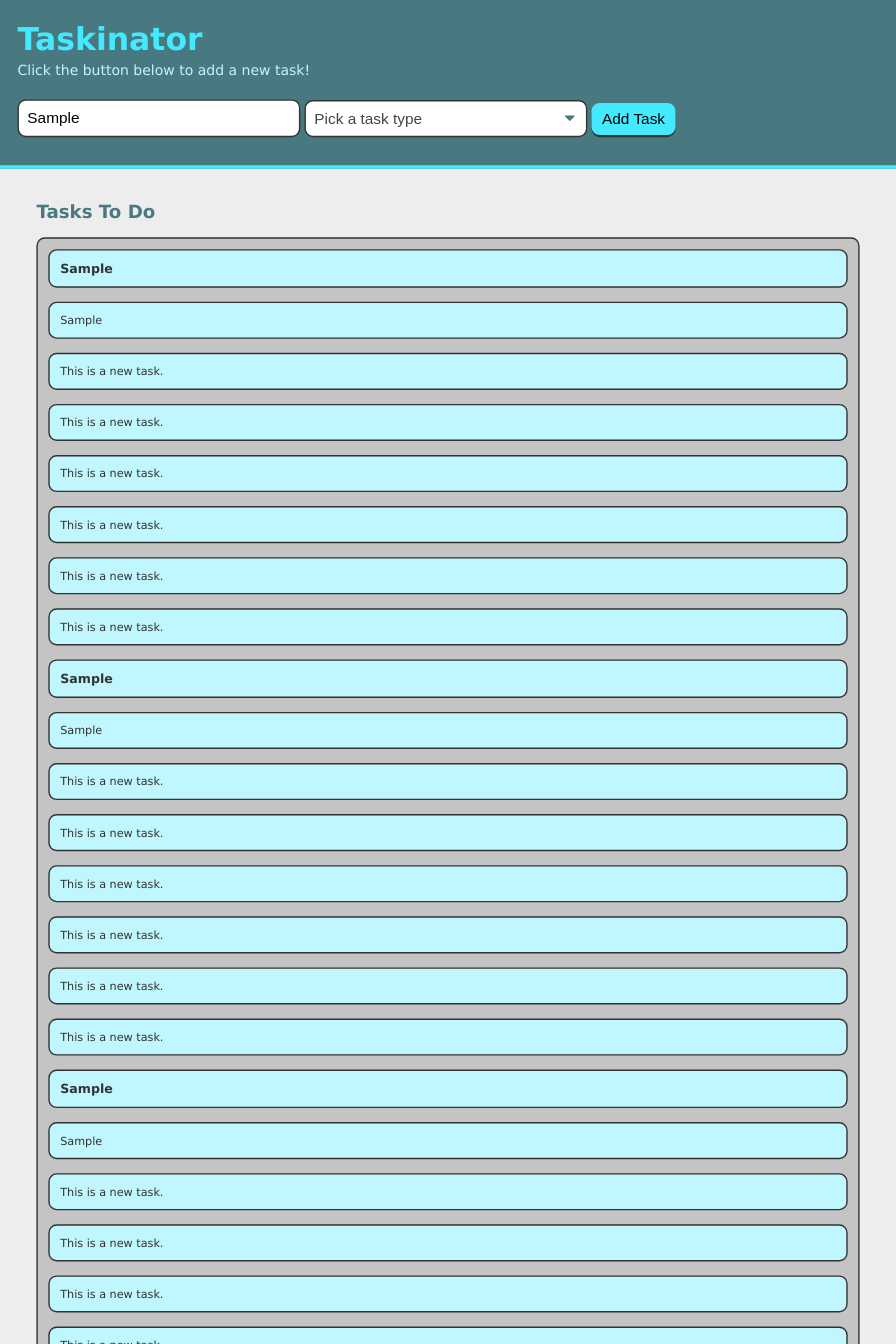
Repository: stuart-rickard/taskinator
Page: index.html
The author's editor kept a copy of each file at every save. The page is drawn from the files as they stood at one save, then again after the next save.
The browser window is 1280 px wide. The pictures show the part of the page from y = 0 to 1920 px (the page is 5473 px tall before and 5848 px after), at 70% of full size.
Empty fields were first filled with sample values (such as "Sample", 5 or name@example.com).
After loading, the first visible `#task-form` was submitted once.

Above is the page before, as saved 2021-11-17 01:03:43.

After the next save:
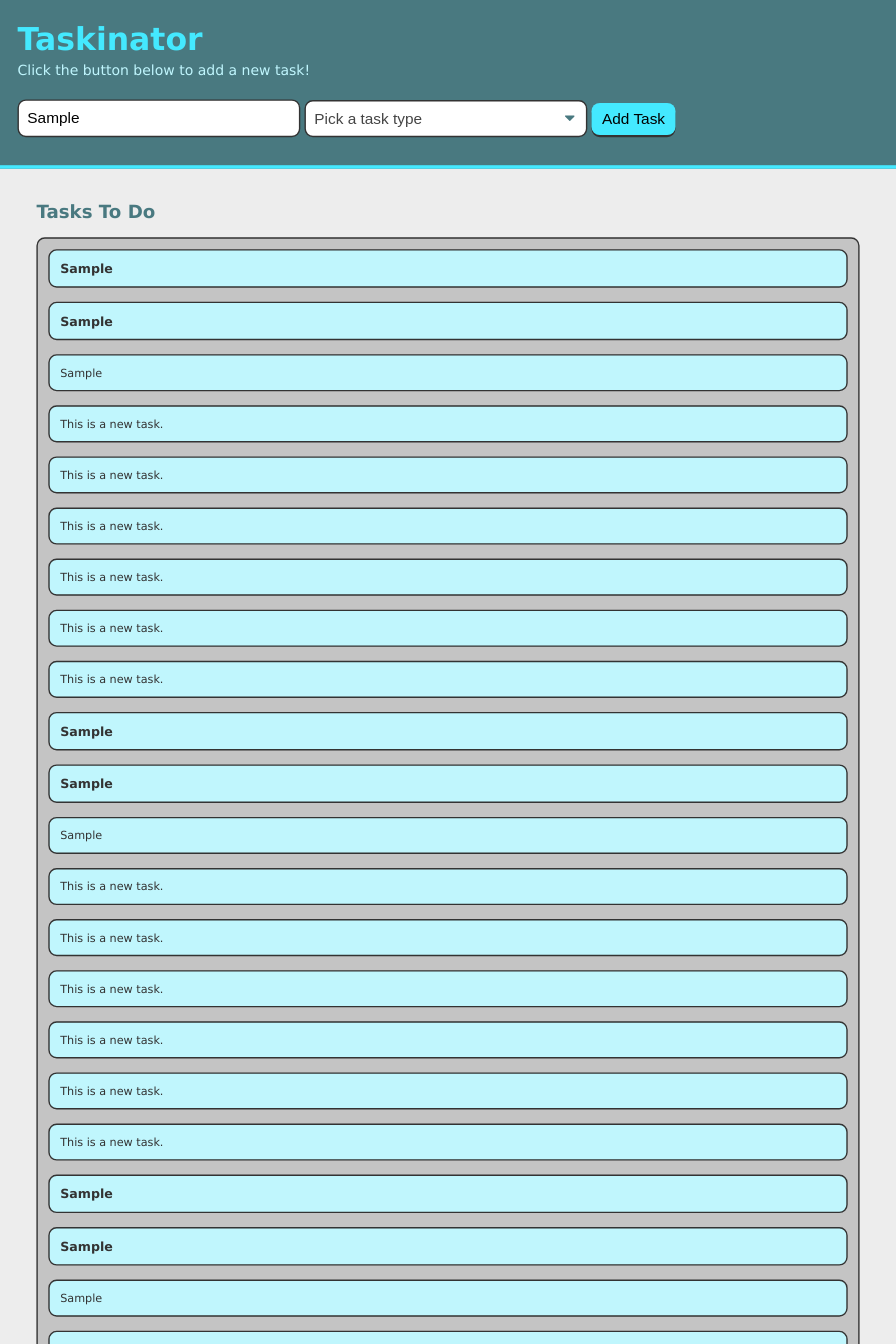
Saved 7 min 10 s later.
--- a/assets/js/script.js
+++ b/assets/js/script.js
@@ -1,3 +1,32 @@
+var formEl = document.querySelector("#task-form");
+var tasksToDoEl = document.querySelector("#tasks-to-do");
+
+var createTaskHandler = function() {
+
+    event.preventDefault();
+    var taskNameInput = document.querySelector("input[name='task-name']").value;
+    var taskTypeInput = document.querySelector("select[name='task-type']").value;
+
+    // create list item
+    var listItemEl = document.createElement("li");
+    listItemEl.className = "task-item";
+
+    // create div to hold task info and add to list item
+    var taskInfoEl = document.createElement("div");
+    // give it a class name
+    taskInfoEl.className = "task-info";
+    // add HTML content to div
+    taskInfoEl.innerHTML = "<h3 class='task-name'>" + taskNameInput + "</h3><span class='task-type'>" + taskTypeInput + "</span>";
+
+    listItemEl.appendChild(taskInfoEl);
+
+    // add entire list item to list
+    tasksToDoEl.appendChild(listItemEl);
+
+    console.dir(listItemEl);
+  }
+
+formEl.addEventListener("submit", createTaskHandler);
 var formEl = document.querySelector("#task-form");
 var tasksToDoEl = document.querySelector("#tasks-to-do");
 
